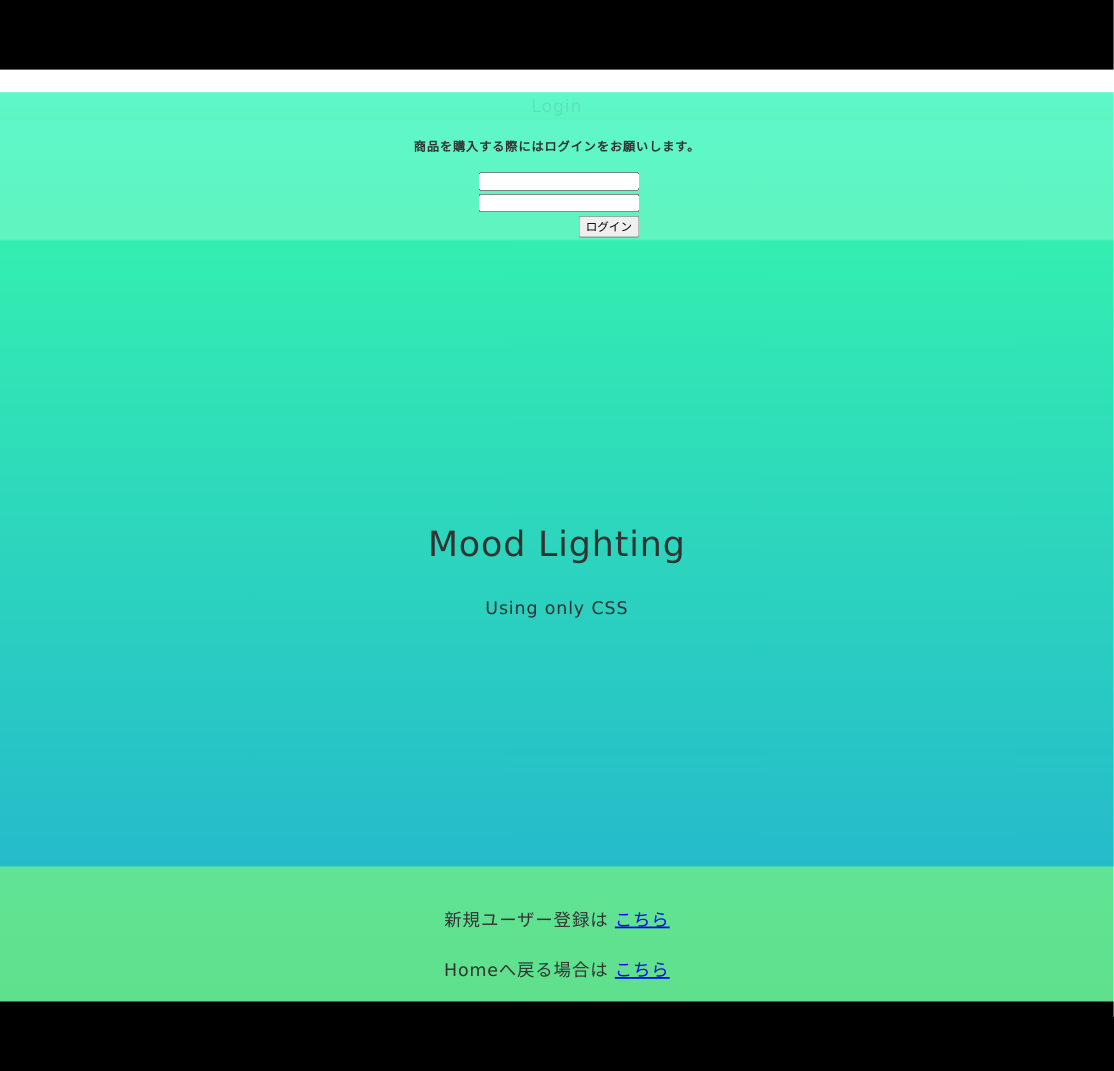
Repository: yanaiwataru/test
Page: http://localhost/ecsite/HomeAction.action
An editor plug-in stored every save of this project. The page is shown before and after the next save, followed by the edit.
The browser window is 1280 px wide. The pictures show the whole page, at 87% of full size.
The page is served by Tomcat 9.

Above is the page before, as saved 2018-03-12 06:27:46.

After the next save:
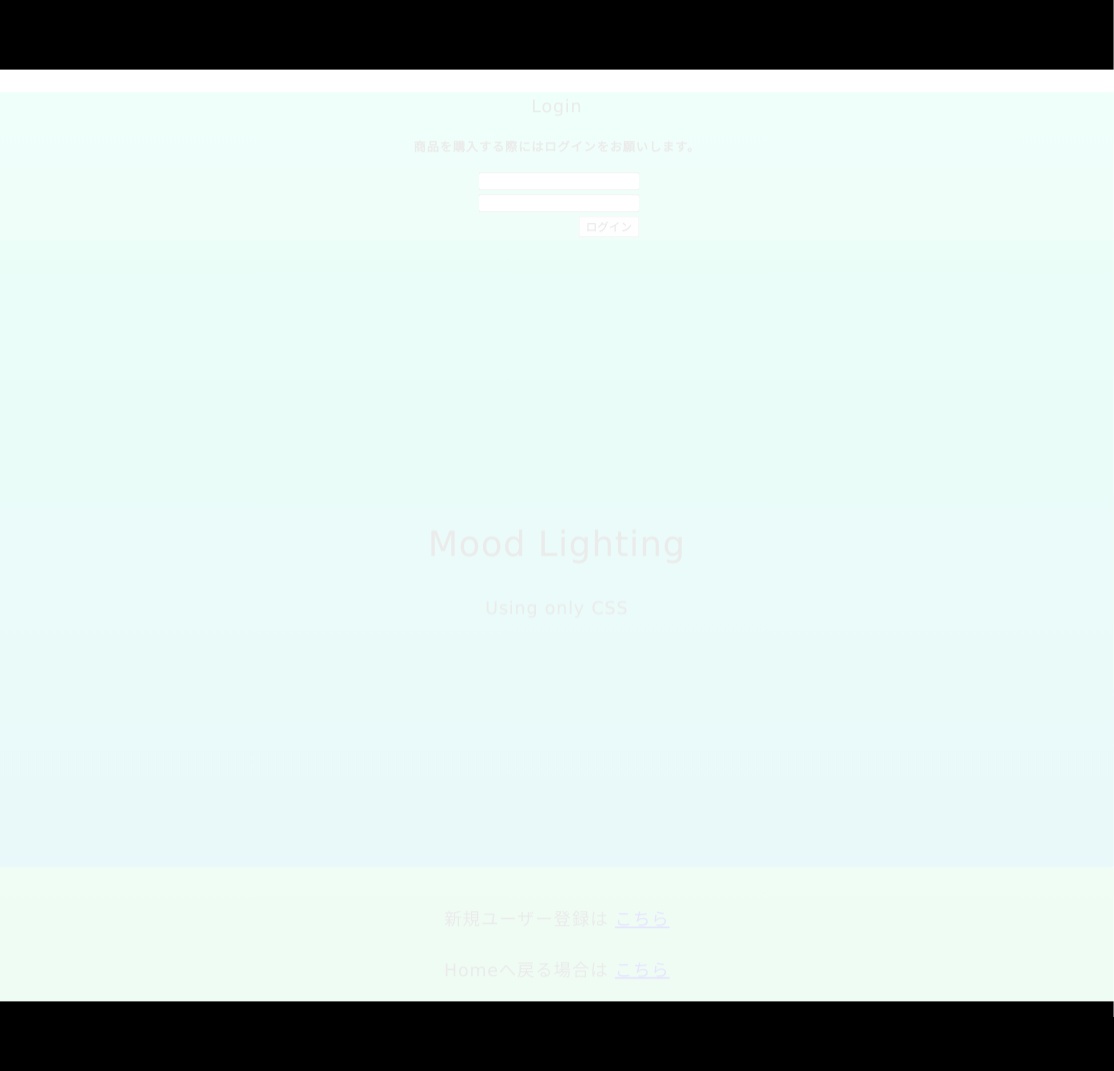
Saved 68 s later.
--- a/ecsite/WebContent/css/login.css
+++ b/ecsite/WebContent/css/login.css
@@ -32,11 +32,7 @@
       z-index: 1;
     }
 
-    .main{
-    	background: linear-gradient(#5ff8ca, #60e08c);
-    }
-
-    .top {
+    .main {
       animation: first 10s infinite;
       background: linear-gradient(#5ff8ca, #60e08c);
       z-index: 10;
